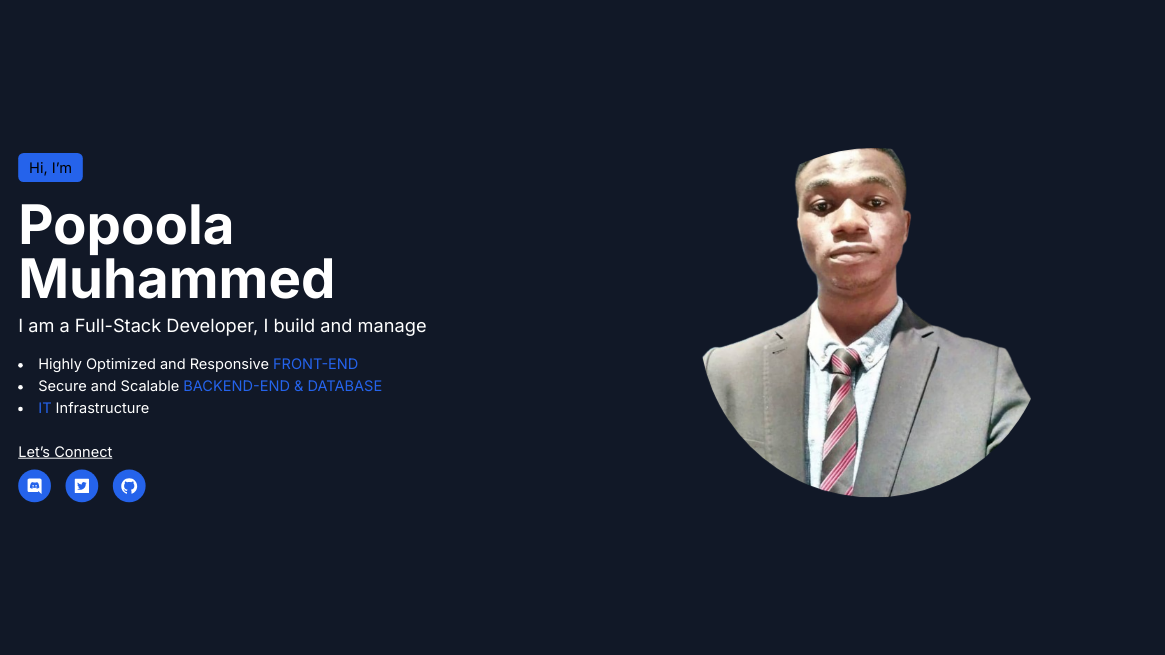
Repository: muhammedctgr/hammedctgr
Page: /
The author's editor kept a copy of each file at every save. The page is drawn from the files as they stood at one save, then again after a run of saves.
The browser window is 1280 px wide. The pictures show the whole page, at 91% of full size.
The project was rebuilt for these pictures with package versions that can differ from the ones it lists, and the page was loaded fresh each time. The framework's server and built-in components were replaced by stand-ins that run in the browser. Also part of the build but not shown: next.config.mjs.

Above is the page before, as saved 2024-07-31 10:47:52.

After the next 7 saves:
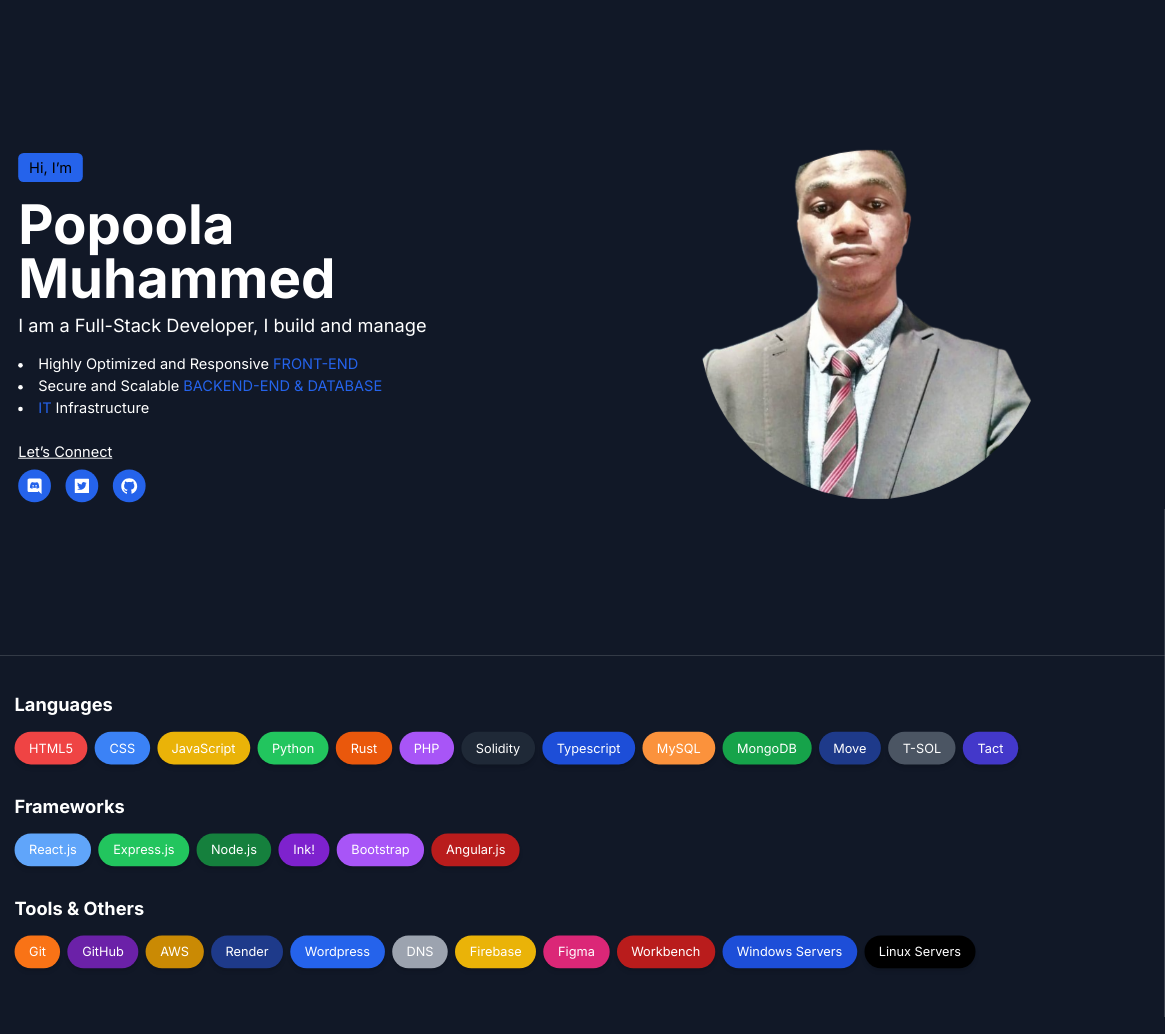
The 7 saves are shown as one change because 2 did not build or start and some came seconds apart.
The last was saved 22 s later.
--- a/app/page.tsx
+++ b/app/page.tsx
@@ -11,7 +11,7 @@ const Home = () => (
     </Head>
 
     <Hero />
-
+    <SkillsSection />
   </div>
 );
 
